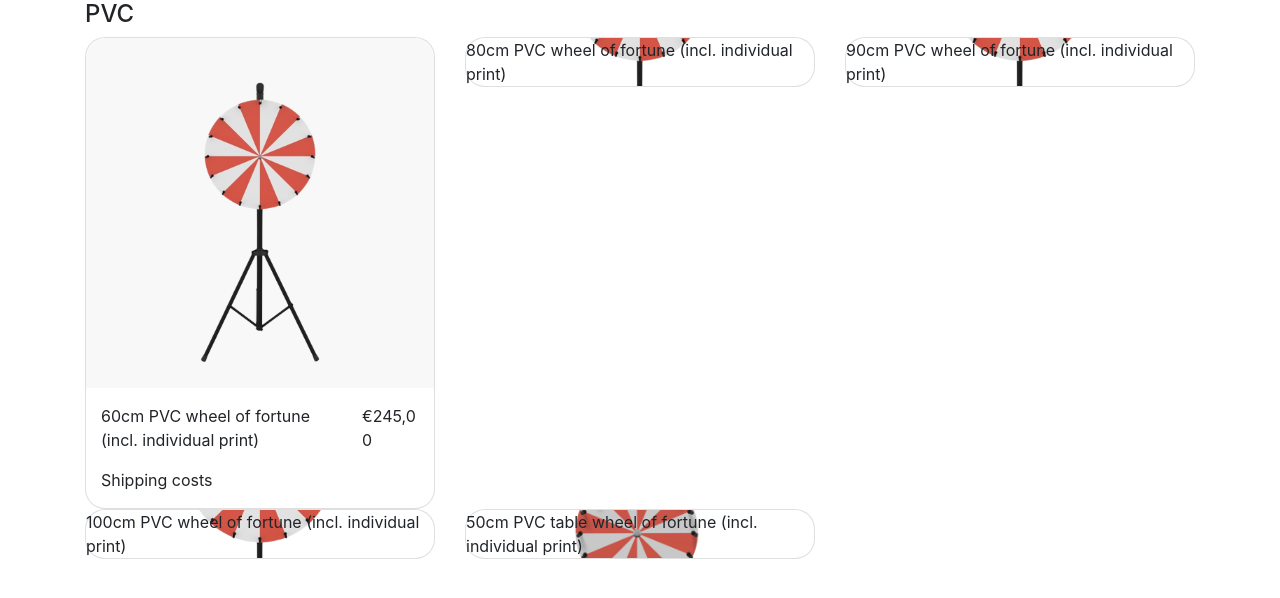
Repository: Awaisp-irfan/fahad-project
Page: pvc.html
An editor plug-in stored every save of this project. The page is shown before and after the next save, followed by the edit.
The browser window is 1280 px wide. The pictures show the whole page.

Above is the page before, as saved 2022-06-30 09:14:23.

After the next save:
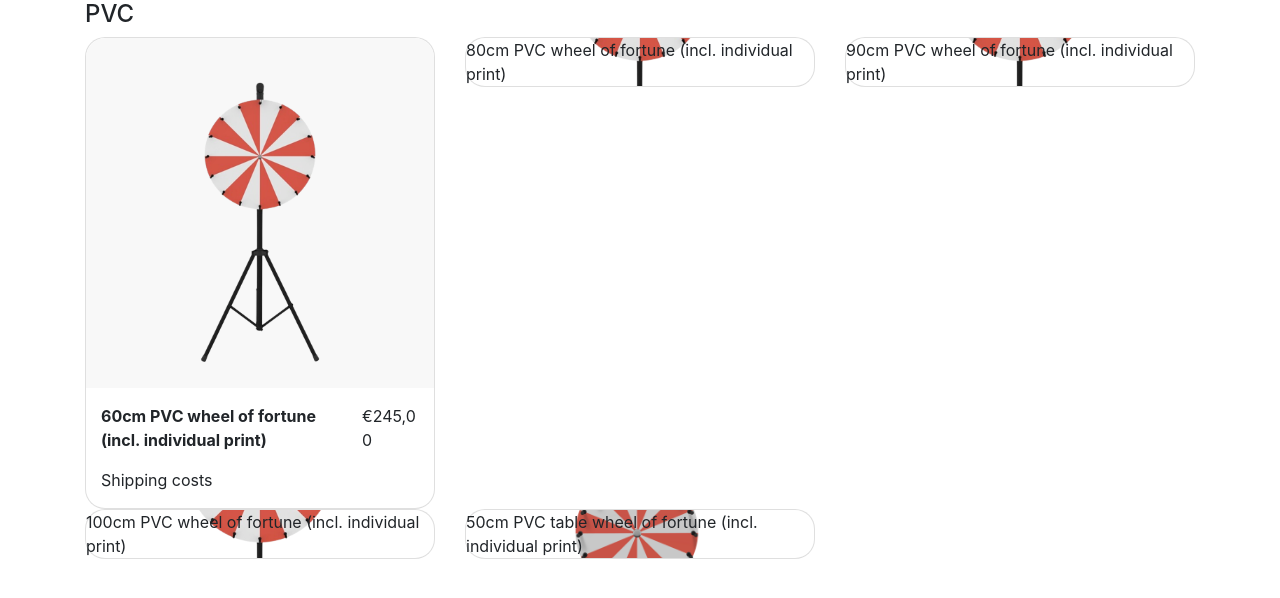
Saved 34 s later.
--- a/style.css
+++ b/style.css
@@ -85,3 +85,7 @@
     height: 100%;
     border-radius: 20px;
 }
+
+.cm60-title{
+    font-weight: bold;
+}
